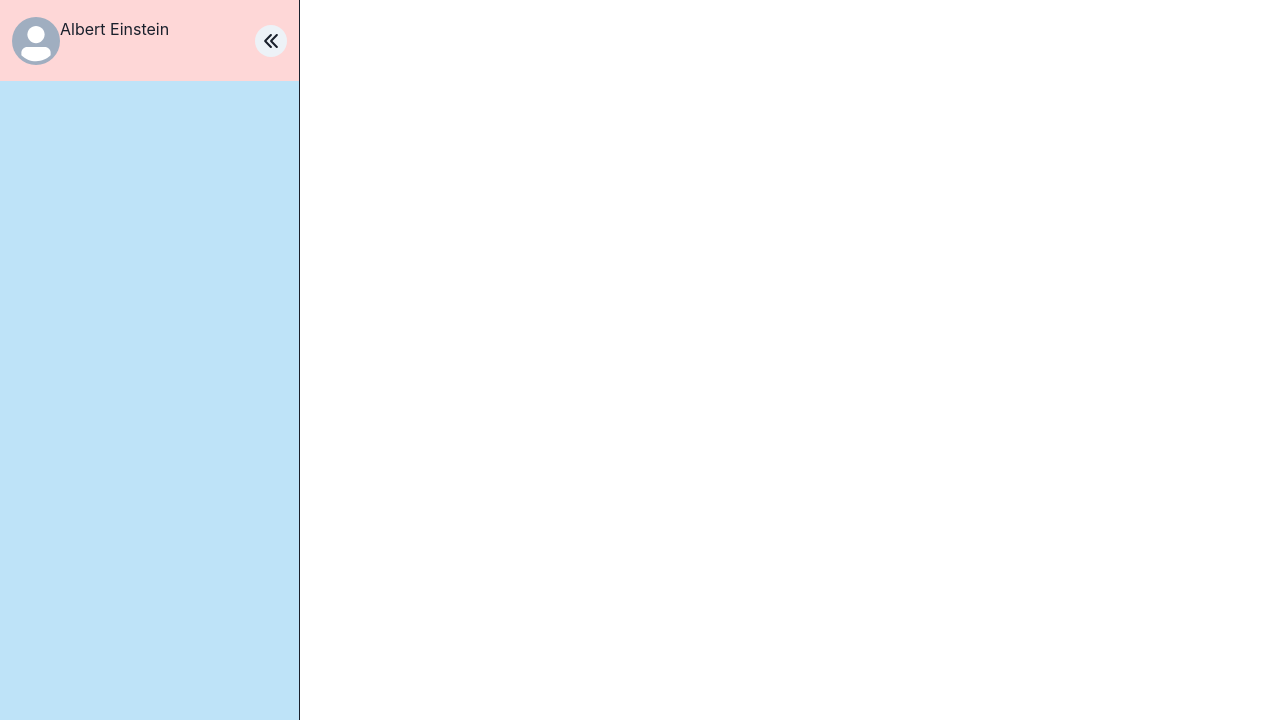
Repository: Siva20021/chat-app
Page: /
These files come from the project's save history. The page is drawn as it stood at one moment and after a run of saves; the edit follows.
The browser window is 1280 px wide. The pictures show the whole page.
The project was rebuilt for these pictures with package versions that can differ from the ones it lists, and the page was loaded fresh each time. The framework's server and built-in components were replaced by stand-ins that run in the browser. Also part of the build but not shown: next.config.js, components/Login.js.

Above is the page before, as saved 2022-06-05 12:00:34.

### pages/_app.js
import { ChakraProvider } from "@chakra-ui/react"
import Login from "../components/Login"
import Sidebar from "../components/Sidebar"


function MyApp({ Component, pageProps }) {
  //return <Component {...pageProps} />
  return(
    <ChakraProvider>
      <Sidebar/>
    </ChakraProvider>
  )
}

export default MyApp

### pages/index.js
import Head from 'next/head'


export default function Home() {
  return (
    <div>
      <Head>
        <title>Create Next App</title>
        <meta name="description" content="Generated by create next app" />
        <link rel="icon" href="/favicon.ico" />
      </Head>
    </div>
  )
}

### components/Sidebar.js
import { ArrowLeftIcon } from '@chakra-ui/icons'
import { Avatar, Flex, IconButton, Text } from '@chakra-ui/react'
import React from 'react'

export default function Sidebar() {
  return (
    <Flex
        bg="blue.100"
        w="300px"
        h="100vh"
        borderEnd="1px solid"
        borderColors="gray.200"
    >
        <Flex
            bg="red.100"
            h="81px" w="100%"
            align="center"
            justifyContent="space-between"
            p={3}

        >
            <Flex>
                <Avatar src="" />
                <Text>Albert Einstein</Text>
            </Flex>

            <IconButton size="sm" isRound icon={<ArrowLeftIcon/>}/>
        </Flex>
    </Flex>
  )
}

After the next 3 saves:
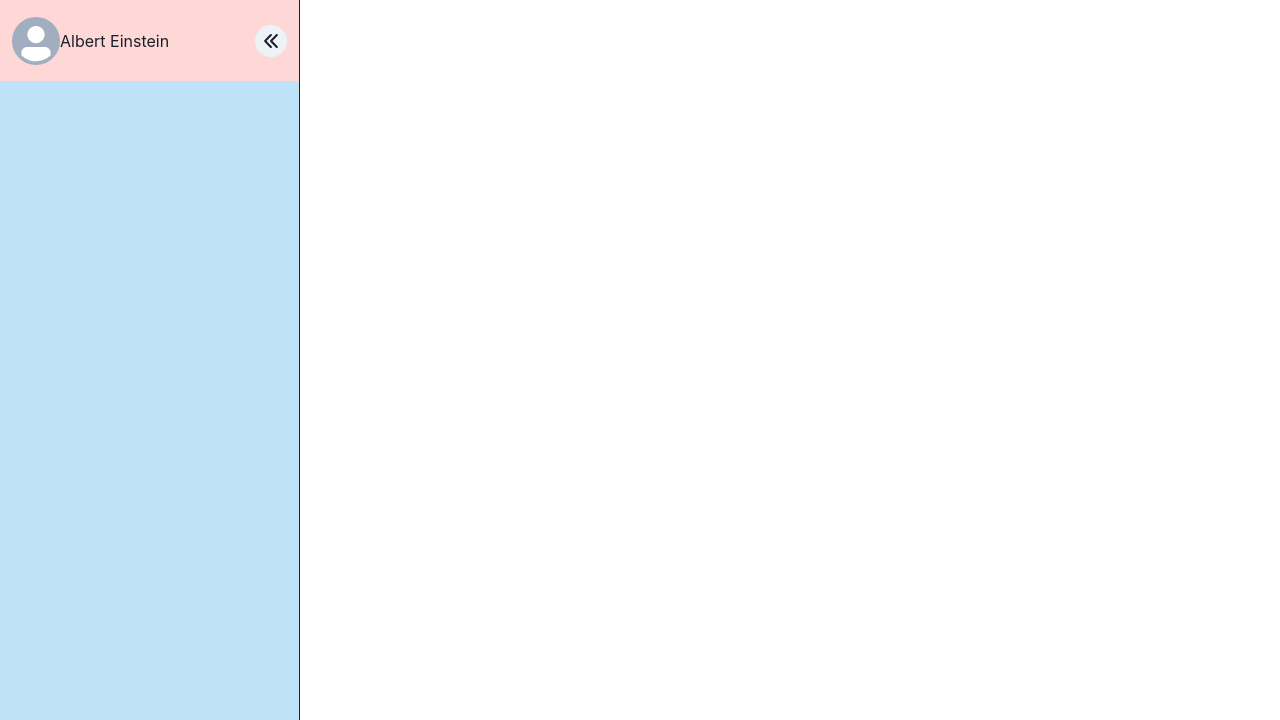
The 3 saves are shown as one change because 1 did not build or start and some came seconds apart.
The last was saved 17 s later.
--- a/components/Sidebar.js
+++ b/components/Sidebar.js
@@ -19,7 +19,7 @@ export default function Sidebar() {
             p={3}
 
         >
-            <Flex>
+            <Flex align="center">
                 <Avatar src="" />
                 <Text>Albert Einstein</Text>
             </Flex>
